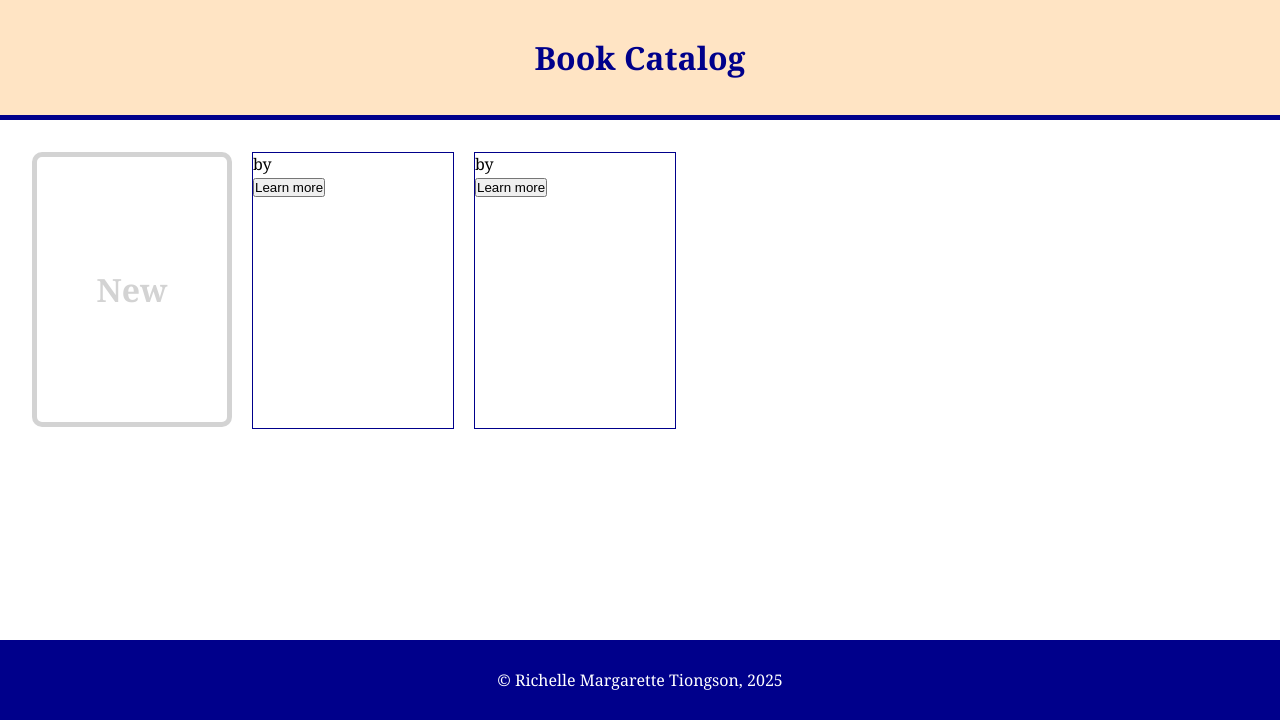
Repository: richelletiongson/comp3170_lab01
Page: /
The author's editor kept a copy of each file at every save. The page is drawn from the files as they stood at one save, then again after the next save.
The browser window is 1280 px wide. The pictures show the whole page.
The project was rebuilt for these pictures with package versions that can differ from the ones it lists, and the page was loaded fresh each time. Also part of the build but not shown: vite.config.js.

Above is the page before, as saved 2025-09-14 00:19:45.

After the next save:
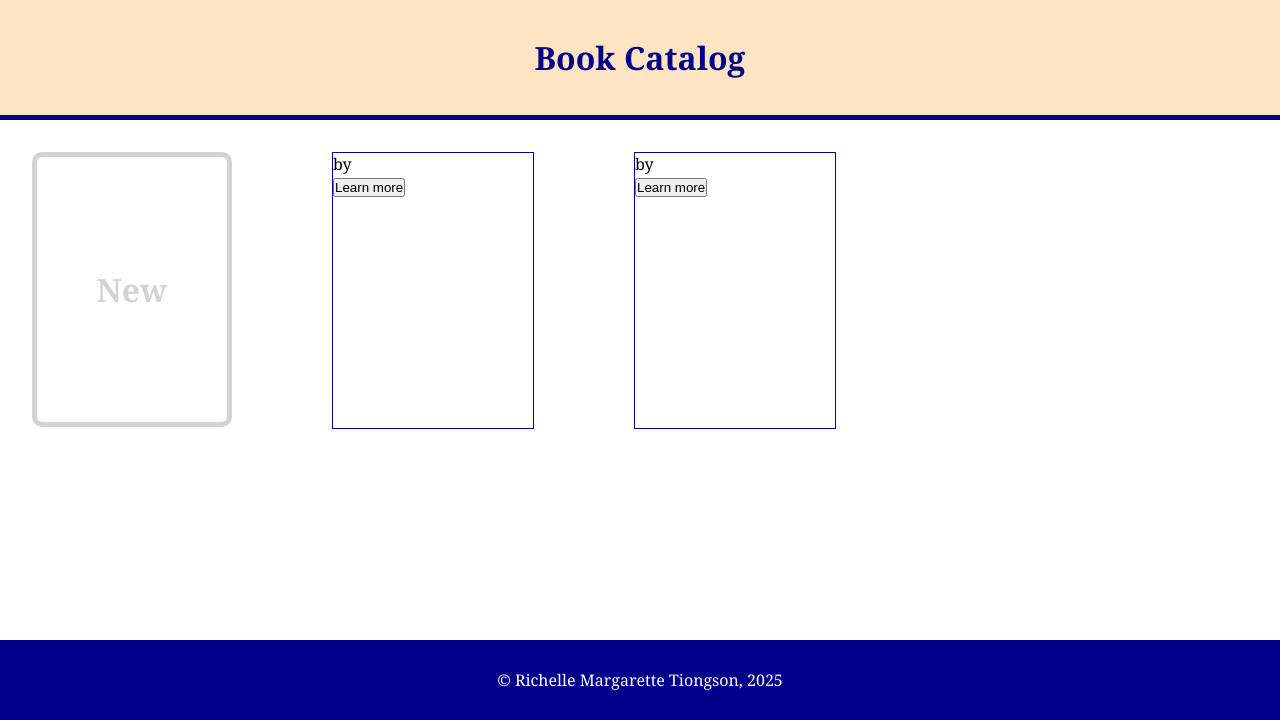
Saved 40 s later.
--- a/src/index.css
+++ b/src/index.css
@@ -61,7 +61,7 @@ body {
   display: flex;
   flex-direction: row;
   justify-content:flex-start;
-  gap: 20px;
+  gap: 100px;
 }
 
 .footer {
